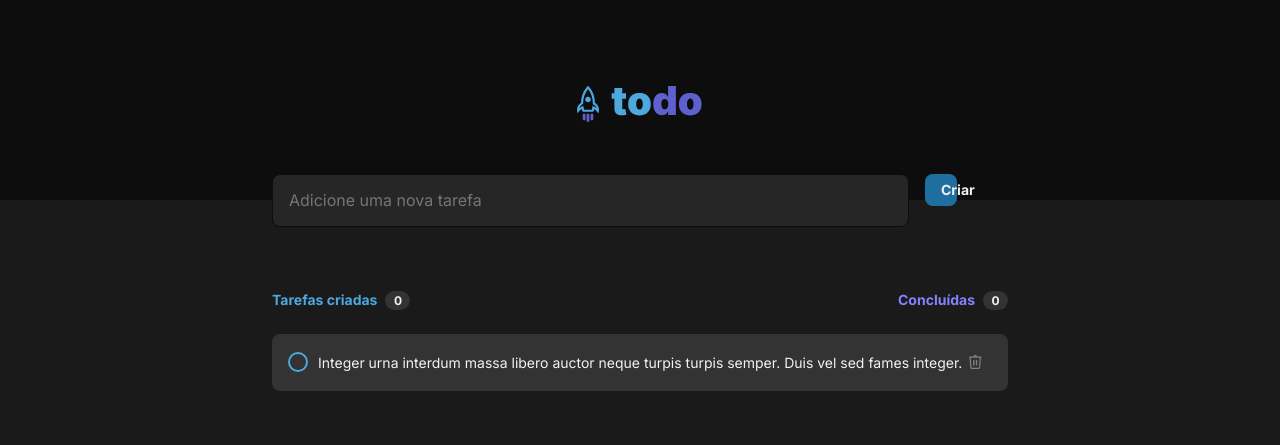
Repository: viniimartins/ToDoListROCKETSEAT
Page: /
These files come from the project's save history. The page is drawn as it stood at one moment and after a run of saves; the edit follows.
The browser window is 1280 px wide. The pictures show the whole page.
The project was rebuilt for these pictures with package versions that can differ from the ones it lists, and the page was loaded fresh each time. Also part of the build but not shown: vite.config.ts.

Above is the page before, as saved 2023-05-08 14:15:58.

### index.html
<!DOCTYPE html>
<html lang="en">
  <head>
    <meta charset="UTF-8" />

    <link rel="preconnect" href="https://fonts.googleapis.com" />
    <link rel="preconnect" href="https://fonts.gstatic.com" crossorigin />

    <link rel="icon" type="image/svg+xml" href="/vite.svg" />
    <meta name="viewport" content="width=device-width, initial-scale=1.0" />
    <title>Vite + React + TS</title>

    <link
      href="https://fonts.googleapis.com/css2?family=Inter:wght@400;700&display=swap"
      rel="stylesheet"
    />
  </head>
  <body>
    <div id="root"></div>
    <script type="module" src="/src/main.tsx"></script>
  </body>
</html>

### src/App.tsx
import { Header } from "./Components/Header";
import { AddTask } from "./Components/AddTask";
import { Task } from "./Components/Task";

import styles from "./App.module.css";
import "./global.css";

export function App() {
  return (
    <>
      <div>
        <Header />

        <main className={styles.wrapper}>
          <AddTask />

            <Task />
        </main>
      </div>
    </>
  );
}

### src/Components/Header.tsx
import styles from "./Header.module.css";
import Logo from "../assets/Logo.svg";

export function Header() {
  return (
    <>
      <header className={styles.header}>
        <img src={Logo} />
      </header>
    </>
  );
}

### src/Components/AddTask.tsx
import { PlusCircle } from "phosphor-react";
import styles from "./AddTask.module.css";

export function AddTask() {
  return (
    <div className={styles.inputs}>
      <input
        className={styles.inputText}
        type="text"
        placeholder="Adicione uma nova tarefa"
      />
      <button className={styles.Button}>
        <span className={styles.ButtonText}>Criar</span>
        <PlusCircle size={21} />
      </button>
    </div>
  );
}

### src/Components/Task.tsx
import { TaskCreated } from "./TaskCreated";
// import { TaskNotCreate } from "./TaskNotCreated";
import styles from "./task.module.css";

export function Task() {
  return (
    <div className={styles.task}>
      <header className={styles.taskHeader}>
        <div className={styles.taskCreated}>
          <p>Tarefas criadas</p>

          <span className={styles.taskCounter}>
            <p>0</p>
          </span>
        </div>

        <div className={styles.taskConcluded}>
          <p>Concluídas</p>

          <span className={styles.taskCounter}>
            <p>0</p>
          </span>
        </div>
      </header>

      <div>
          <TaskCreated />
      </div>
    </div>
  );
}

### src/App.module.css
.wrapper {
  max-width: 46rem;
  margin: -1.656rem auto;

  display: grid;
  grid-template-columns: 1fr;
  gap: 4rem;
  align-items: flex-start;

}

### src/global.css
:root {
  --white: #fff;

  --gray-100: #f2f2f2;
  --gray-200: #d9d9d9;
  --gray-300: #808080;
  --gray-400: #333333;
  --gray-500: #262626;
  --gray-600: #1a1a1a;
  --gray-700: #0d0d0d;

  --purble: #8284fa;
  --purbleDark: #5e60ce;

  --blue: #4ea8de;
  --blueDark: #1E6F9F;

  --darger: #e25858;
}

:focus {
  outline: transparent;
  box-shadow: 0 0 0 2px var(--purbleDark);
}

* {
  margin: 0;
  padding: 0;
  box-sizing: border-box;
}

body {
  background: var(--gray-600);
  color: var(--gray-100);
  -webkit-font-smoothing: antialiased;
}

body,
input,
textarea,
button {
  font-family: "Inter", sans-serif;
  font-weight: 400;
  font-size: 1rem;
}

### src/Components/Header.module.css
.header {
  height: 12.5rem;
  background-color: var(--gray-700);
  display: flex;
  justify-content: center;
  align-items: center;
}

.header img {
  width: 7.875rem;
  height: 3rem;
}

### src/Components/AddTask.module.css
.inputs {
  display: flex;
  gap: 1rem;
}

.inputText {
  width: 39.813rem;
  height: 3.313rem;

  border-radius: 0.5rem;
  padding: 1rem;
  border: 1px solid var(--gray-700);
  color: var(--gray-100);

  font-weight: 400;
  font-size: 1rem;
  background-color: var(--gray-500);
}

.Button {
  display: flex;
  align-items: center;

  background-color: var(--blueDark);
  color: var(--gray-100);

  border: none;
  border-radius: 0.5rem;
  padding: 1rem;
  cursor: pointer;
  gap: 0.4rem;


  font-weight: 700;
  font-size: 0.875rem;
}

.Button:hover {
  background: var(--blue);
}

### src/Components/TaskCreated.tsx
import React, { useState } from "react";
import styles from "./TaskCreated.module.css";
import Trash from "../assets/trash.svg";

interface Props {
  label: string;
}

export function TaskCreated({ label }: Props) {
  const [checked, setChecked] = useState(false);

  const handleChange = (event: React.ChangeEvent<HTMLInputElement>) => {
    setChecked(event.target.checked);
  };

  return (
    <div className={styles.taskCreated}>
      <label className={styles.checkbox}>
        <input type="checkbox" checked={checked} onChange={handleChange} />
        <span className={styles.checkmark}></span>
        <span className={styles.label}>
          Integer urna interdum massa libero auctor neque turpis turpis semper.
          Duis vel sed fames integer.
        </span>
      </label>

      <button>
        <img src={Trash} alt="trash" />
      </button>
    </div>
  );
}

### src/Components/Task.module.css
.taskHeader {
  display: flex;
  justify-content: space-between;

  margin-bottom: 1.5rem;

}

.taskCreated {
  display: flex;
  gap: 0.5rem;
}

.taskCreated p {
  color: var(--blue);
  font-size: 0.875rem;
  font-weight: 700;
}

.taskConcluded {
  display: flex;
  gap: 0.5rem;
}

.taskConcluded p {
  color: var(--purble);
  font-size: 0.875rem;
  font-weight: 700;
}

.taskCounter {
  width: 25px;
  height: 19px;

  display: flex;
  align-items: center;
  justify-content: center;

  padding: 2px 8px;
  border-radius: 999px;

  background-color: var(--gray-400);
}

.taskCounter p {
  font-size: 12px;
  font-weight: 700;
  line-height: 15px;
  background-color: transparent;
  color: inherit;
}

### src/Components/TaskCreated.module.css
.taskCreated {
  display: flex;
  align-items: center;

  background-color: var(--gray-400);
  border-radius: 0.5rem;
  padding: 1rem;
}

.checkbox {
  display: inline-block;
  position: relative;
  /* padding-left: 25px; */
  /* margin-bottom: 10px; */
  cursor: pointer;
  user-select: none;
}

.checkbox input {
  position: absolute;
  opacity: 0;
  cursor: pointer;
}

.checkmark {
  position: absolute;
  top: 0;
  left: 0;
  height: 20px;
  width: 20px;
  border: 2px solid var(--blue);
  border-radius: 50%;
  background-color: transparent;
}

.checkbox:hover input ~ .checkmark {
  background-color: var(--blueDark);
}

.checkbox input:checked ~ .checkmark {
  background-color: var(--purbleDark);
  border-color: var(--purbleDark);
}

.checkbox input:checked ~ .checkmark:hover {
  background-color: var(--purble);
  border-color: var(--purble);
}

.checkmark::after {
  content: "";
  position: absolute;
  display: none;
}

.checkbox input:checked ~ .checkmark::after {
  display: block;
}

.checkbox .checkmark::after {
  left: 5px;
  top: 1px;
  width: 4px;
  height: 9px;
  border: solid white;
  border-width: 0 1.9px 1.9px 0;
  transform: rotate(45deg);
}

.label {
  margin-left: 30px;
  font-size: 0.875rem;
}

button {
  width: 1.563rem;
  height: 1.563rem;

  border: none;
  background: none;
}

Loaded but not shown: src/main.tsx (common file)

After the next 3 saves:
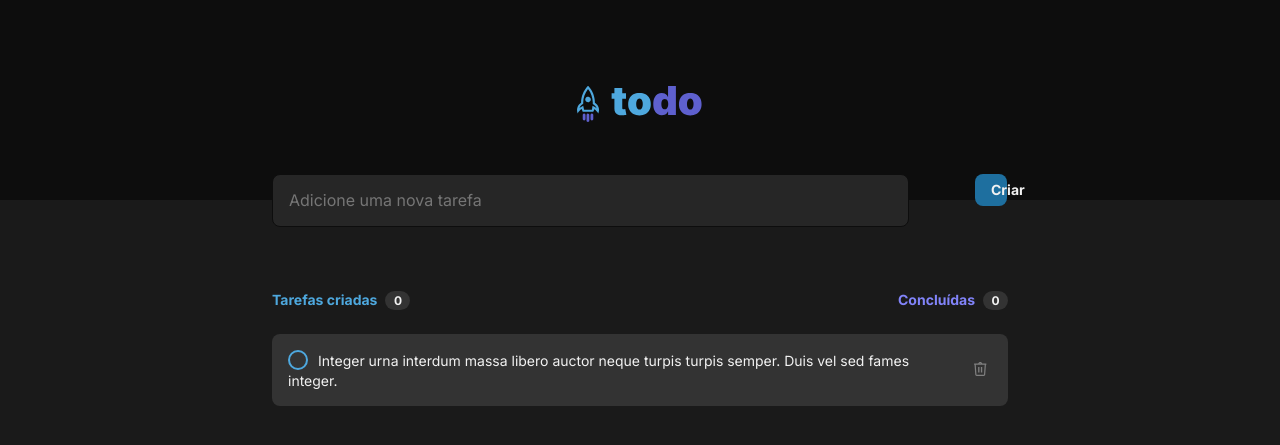
The 3 saves are shown as one change because they came seconds apart.
The last was saved 49 s later.
--- a/src/Components/TaskCreated.module.css
+++ b/src/Components/TaskCreated.module.css
@@ -76,6 +76,7 @@ button {
   width: 1.563rem;
   height: 1.563rem;
 
+  margin-left: 50px;
   border: none;
   background: none;
 }
